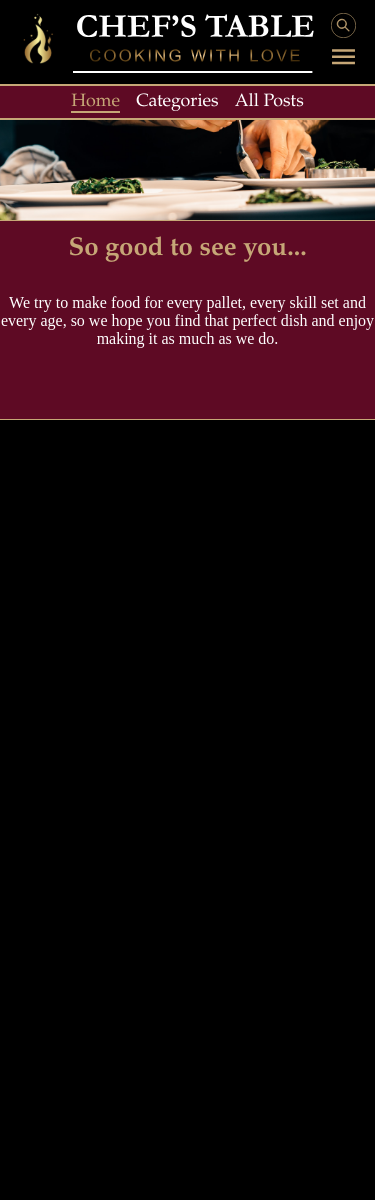
Repository: Noroff-FEU-Assignments/project-exam-1-runeunhjem
Page: index.html
An editor plug-in stored every save of this project. The page is shown before and after the next save, followed by the edit.
The browser window is 375 px wide. The pictures show the whole page.
The page's requests for data from a server got no answer.

Above is the page before, as saved 2023-05-01 13:53:47.

After the next save:
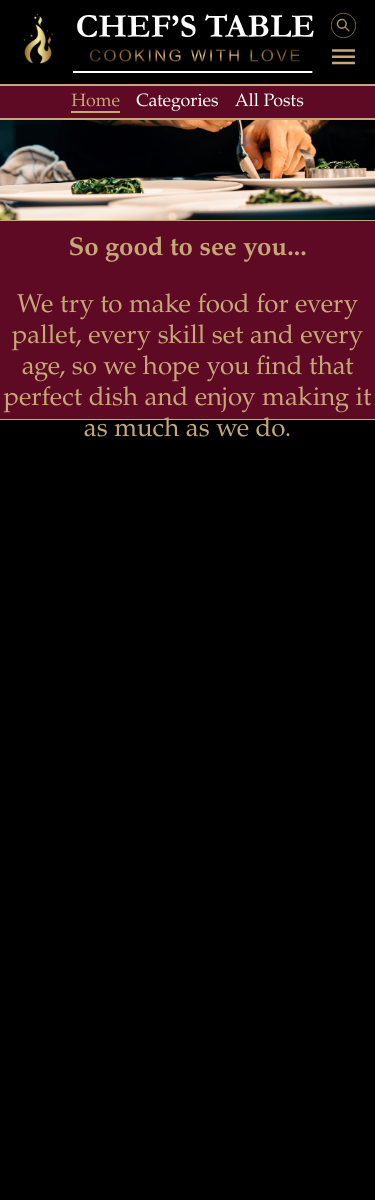
Saved 6 s later.
--- a/css/styles.css
+++ b/css/styles.css
@@ -200,6 +200,13 @@ main {
   color: var(--color-gold);
 }
 
+.enjoy-note {
+  margin: 0.5em auto;
+  font-family: var(--font-family-elegant);
+  font-size: calc(1.5rem + 0.5vw);
+  color: var(--color-gold);
+}
+
 .carousel-home {
   display: flex;
   justify-content: flex-start;
@@ -277,4 +284,4 @@ main {
     background-image: url(../images/hero-image.png);
     height: 100px;
   }
-}/*# sourceMappingURL=styles_20230501135347.css.map */
+}/*# sourceMappingURL=styles_20230501135353.css.map */
